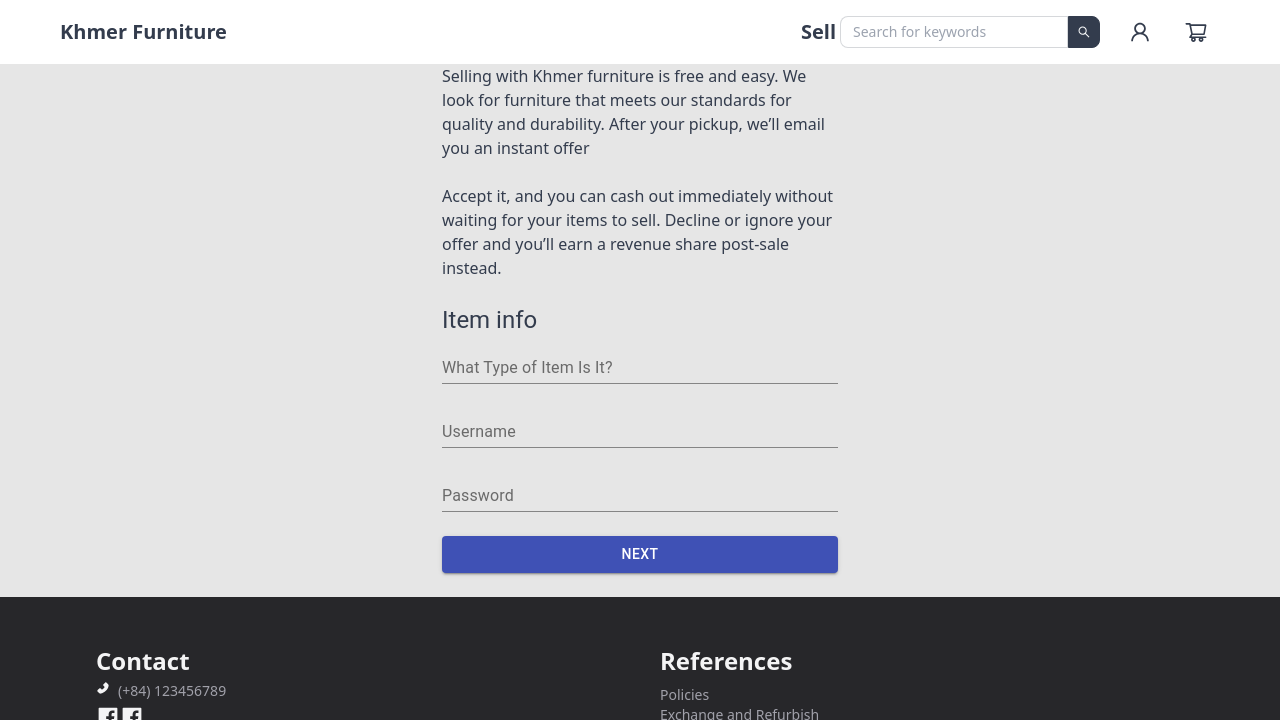
Repository: PlayerNguyen/dotot-shop
Page: /sell (app in client/)
An editor plug-in stored every save of this project. The page is shown before and after the next save, followed by the edit.
The browser window is 1280 px wide. The pictures show the whole page.
An inner scrolling area shows only its first screen. The project was rebuilt for these pictures with package versions that can differ from the ones it lists, and the page was loaded fresh each time. Also part of the build but not shown: client/src/components/NoMatch/NoMatch.jsx, client/src/components/Sell/UserDetails.js, client/src/components/Sell/Confirmation.js, client/src/components/Sell/Success.js.

Above is the page before, as saved 2022-12-06 11:35:53.

### client/src/index.html
<!DOCTYPE html>
<html lang="en" data-theme="emerald">
  <head>
    <meta charset="UTF-8" />
    <meta http-equiv="X-UA-Compatible" content="IE=edge" />
    <meta name="viewport" content="width=device-width, initial-scale=1.0" />
    <title>dotot.com - Nơi mua bán đồ cũ</title>
    <link rel="stylesheet" href="./index.css" />
  </head>
  <body>
    <div id="app"></div>

    <script src="./index.js" type="module"></script>
  </body>
</html>

### client/src/index.js
import React, { Suspense } from "react";
import client from "react-dom/client";
import { BrowserRouter } from "react-router-dom";
import App from "./App";
import "./index.css";
const appElement = document.getElementById("app");
let root = client.createRoot(appElement);
import { Provider } from "react-redux";
import { store } from "./stores/globalStore";

root.render(
  <React.StrictMode>
    <BrowserRouter>
      <Provider store={store}>
        <App />
      </Provider>
    </BrowserRouter>
  </React.StrictMode>
);

### client/src/App.jsx
import React, { Suspense } from "react";
import { ToastContainer } from "react-toastify";
import { Link, Route, Routes } from "react-router-dom";
const Home = React.lazy(() => import("./components/Home/Home"));
const Credentials = React.lazy(() =>
  import("./components/Credentials/Credentials")
);
import "react-toastify/dist/ReactToastify.css";
const SignUp = React.lazy(() => import("./components/Credentials/SignUp"));
const SignIn = React.lazy(() => import("./components/Credentials/SignIn"));
import Navbar from "./components/Navbar/Navbar";
const SignOut = React.lazy(() => import("./components/Credentials/SignOut"));
const CredentialSelection = React.lazy(() =>
  import("./components/Credentials/CredentialSelection")
);

import NoMatch from "./components/NoMatch/NoMatch";
import Footer from "./components/Footer/Footer";

const Product = React.lazy(() => import("./components/Product/Product"));
const ProductView = React.lazy(() =>
  import("./components/Product/ProductView")
);
const Profile = React.lazy(() => import("./components/Profile/Profile"));
const ProfileGeneral = React.lazy(() =>
  import("./components/Profile/ProfileGeneral")
);
const RequestSignedIn = React.lazy(() =>
  import("./components/RequestSignedIn/RequestSignedIn")
);

import { AiFillHome, AiOutlineUser } from "react-icons/ai";
const Checkout = React.lazy(() => import("./components/Checkout/Checkout"));

import Sell from "./components/Sell/Sell";

export default function App() {
  return (
    <div className="drawer bg-base-200">
      <input id="app-drawer" type="checkbox" className="drawer-toggle" />

      <div className="drawer-content flex flex-col">
        {/* Navbar */}
        <Suspense>
          <Navbar />
        </Suspense>

        {/* Render home */}
        <Routes>
          <Route path="/">
            <Route
              index
              element={
                <Suspense>
                  <Home />
                </Suspense>
              }
            />
            <Route
              path="/users"
              element={
                <Suspense>
                  <Credentials />
                </Suspense>
              }
            >
              {/* TODO: check whether user is logged in or not, to put current */}
              <Route
                index
                element={
                  <Suspense>
                    <CredentialSelection />
                  </Suspense>
                }
              />
              <Route
                path="/users/sign-up"
                element={
                  <Suspense>
                    <SignUp />
                  </Suspense>
                }
              />
              <Route
                path="/users/sign-in"
                element={
                  <Suspense>
                    <SignIn />
                  </Suspense>
                }
              />
              <Route path="/users/sign-out" element={<SignOut />} />
            </Route>
            <Route
              path="/products"
              element={
                <Suspense>
                  <Product />
                </Suspense>
              }
            >
              <Route
                path=":productId"
                element={
                  <Suspense>
                    <ProductView />
                  </Suspense>
                }
              />
            </Route>
            <Route
              element={
                <Suspense>
                  <RequestSignedIn />
                </Suspense>
              }
            >
              <Route
                path="/profile"
                element={
                  <Suspense>
                    <Profile />
                  </Suspense>
                }
              >
                <Route
                  path="/profile/general"
                  element={
                    <Suspense>
                      <ProfileGeneral />
                    </Suspense>
                  }
                />
              </Route>
            </Route>
            <Route
              path="/checkout"
              element={
                <Suspense>
                  <Checkout />
                </Suspense>
              }
            ></Route>
            <Route path="/sell" element={<Sell />} />
            <Route path="*" element={<NoMatch />} />
          </Route>
        </Routes>

        {/* Footer */}
        <Footer />
      </div>
      {/* Drawer side */}
      <div className="drawer-side">
        <label htmlFor="app-drawer" className="drawer-overlay"></label>
        <ul className="menu p-4 overflow-y-auto w-80 bg-base-100">
          <li>
            <Link to="/" className="">
              <i>
                <AiFillHome />
              </i>
              <span>Home</span>
            </Link>
          </li>

          <li>
            <Link to="/profile">
              <i>
                <AiOutlineUser />
              </i>
              <span>Users</span>
            </Link>
          </li>
        </ul>
      </div>

      <ToastContainer />
    </div>
  );
}

### client/src/stores/globalStore.ts
import { configureStore } from "@reduxjs/toolkit";
import cartSliceReducer from "../slices/CartSlice";
export const store = configureStore({
  reducer: {
    cart: cartSliceReducer,
  },
});

// Infer the `RootState` and `AppDispatch` types from the store itself
export type RootState = ReturnType<typeof store.getState>;
// Inferred type: {posts: PostsState, comments: CommentsState, users: UsersState}
export type AppDispatch = typeof store.dispatch;

### client/src/components/Navbar/Navbar.jsx
import { useState } from "react";
import {
  AiFillSetting,
  AiOutlineSearch,
  AiOutlineShoppingCart,
  AiOutlineUser,
} from "react-icons/ai";
import { ImExit } from "react-icons/im";
import { FiMenu } from "react-icons/fi";
import { Link } from "react-router-dom";

export default function Navbar() {
  const [cartSize, setCartSize] = useState(0);
  const [signedIn, setSignedIn] = useState(false);

  useState(() => {
    setSignedIn(localStorage.getItem("token") !== null);
  }, [localStorage]);

  return (
    <div className="navbar bg-base-100 lg:px-12">
      {/* Navbar start section */}
      <div className="flex flex-row lg:hidden">
        <label htmlFor="app-drawer" className="drawer-button btn btn-ghost">
          <FiMenu className="text-xl" />
        </label>
      </div>

      <div className="flex-1 px-3">
        <Link to="/">
          <h1 className="text-xl font-bold">Khmer Furniture</h1>
        </Link>
      </div>

      {/* Wide screen  */}
      <div className="hidden lg:flex flex-row gap-1 text-2xl">
      <Link to="/sell">
          <h1 className="text-xl font-bold">Sell </h1>
          <span></span>
        </Link>
        {/* Search group */}
        <div>
          <div className=" input-group">
            <input
              className="input input-bordered input-sm"
              placeholder="Search for keywords"
            />
            <button className="btn btn-square btn-sm">
              <AiOutlineSearch />
            </button>
          </div>
        </div>
        {/* Link group */}
        <div className="menu menu-horizontal p-2 rounded-box text-md">
          {!signedIn ? (
            <li>
              <Link to={"/users/"}>
                <AiOutlineUser />
              </Link>
            </li>
          ) : (
            <li>
              <div className="dropdown dropdown-end dropdown-hover block">
                <label tabIndex={0}>
                  <AiOutlineUser />
                </label>
                <ul
                  tabIndex={0}
                  className="menu dropdown-content p-2 shadow bg-base-100 rounded-box w-52 mt-4 text-sm"
                >
                  <li className="block">
                    <Link to="/profile">
                      <AiFillSetting />
                      Profile
                    </Link>
                  </li>
                  <li className="block">
                    <Link to={`/users/sign-out`}>
                      <ImExit />
                      Sign out
                    </Link>
                  </li>
                </ul>
              </div>
            </li>
          )}

          <li>
            <Link to={"/checkout"} className="relative">
              <AiOutlineShoppingCart />
              {cartSize && cartSize > 0 ? (
                <span className="text-sm ">{cartSize}</span>
              ) : null}
            </Link>
          </li>
        </div>
      </div>

      {/* For small screen */}
      <div className="lg:hidden">
        <div className="menu menu-horizontal p-2 rounded-box text-xl">
          {/* Shopping cart */}
          <li>
            <a className="relative">
              <span>
                <AiOutlineShoppingCart />
              </span>
              {cartSize && cartSize > 0 ? (
                <span className="absolute text-sm left-2 top-2 bg-red-400 px-2 rounded-full text-white">
                  {cartSize}
                </span>
              ) : null}
            </a>
          </li>
          {/* Search */}
          <li>
            <a className="relative">
              <AiOutlineSearch />
            </a>
          </li>
        </div>
      </div>
    </div>
  );
}

### client/src/components/Footer/Footer.jsx
import React from "react";
import { AiFillFacebook, AiFillPhone } from "react-icons/ai";

export default function Footer() {
  return (
    <div className="footer-wrapper bg-zinc-800 text-zinc-100 md:px-12">
      <footer className="footer p-12 min-h-[20vh] flex flex-col gap-4 sm:flex-row  sm:gap-10">
        <div className="flex flex-col gap-1 flex-1">
          {/* <div className="font-bold text-2xl">General</div> */}
          <div className={`font-bold text-2xl`}>Contact</div>

          <div>
            <div className="flex flex-row gap-2">
              <span>
                <AiFillPhone />
              </span>
              <span className="text-zinc-400">(+84) 123456789</span>
            </div>
            {/* Social medias */}
            <div className="flex flex-row text-2xl my-1">
              <div>
                <AiFillFacebook />
              </div>
              <div>
                <AiFillFacebook />
              </div>
            </div>
          </div>
        </div>

        <div className="flex-1">
          <div className="text-2xl font-bold">References</div>
          <div className="text-zinc-400">
            <div>Policies</div>
            <div>Exchange and Refurbish</div>
            <div>Warranty</div>
          </div>
        </div>
      </footer>
    </div>
  );
}

### client/src/components/Sell/Sell.jsx
import React, { Component } from 'react'
import ProductDetails from './ProductDetails';
import UserDetails from './UserDetails';
import Confirmation from './Confirmation';
import Success from './Success';

export default class Sell extends Component{

  state = {
    step: 1,
    category: '',
    username: '',
    password: '',
    firstName: '',
    lastName: '',
    country: '',
    levelOfEducation: '',
  }

  // go back to previous step
  prevStep = () => {
    const { step } = this.state;
    this.setState({ step: step - 1 });
  }

  // proceed to the next step
  nextStep = () => {
    const { step } = this.state;
    this.setState({ step: step + 1 });
  }

  // Handle fields change
  handleChange = input => e => {
    this.setState({ [input]: e.target.value });
  }

  render() {
    const { step } = this.state;
    const { category, username, password, firstName, lastName, country, levelOfEducation } = this.state;
    const values = { category, username, password, firstName, lastName, country, levelOfEducation }

    switch(step) {
      case 1:
        return (
          <ProductDetails
            nextStep={ this.nextStep }
            handleChange={ this.handleChange }
            values={ values }
          />
        )
      case 2:
        return (
          <UserDetails
            prevStep={ this.prevStep }
            nextStep={ this.nextStep }
            handleChange={ this.handleChange }
            values={ values }
          />
        )
      case 3:
          return (
            <Confirmation
              prevStep={ this.prevStep }
              nextStep={ this.nextStep }
              values={ values }
            />
          )
        case 4:
          return (
            <Success />
          )
      default:
          // do nothing
    }
  }

}

### client/src/slices/CartSlice.ts
import { createSlice } from "@reduxjs/toolkit";
import type { PayloadAction } from "@reduxjs/toolkit";

const cart = localStorage.getItem(
  process.env.CART_ITEM_KEY_NAME ? process.env.CART_ITEM_KEY_NAME : "cartItems"
);
const initialState = {
  items: cart ? JSON.parse(cart) : new Set(),
};

const CartSlice = createSlice({
  name: "Cart",
  initialState,
  reducers: {
    addCartItem: (state, action: PayloadAction<string>) => {
      if (!state.items.includes(action.payload)) {
        state.items = [...state.items, action.payload];
      }
    },
    removeCartItem: (state, action: PayloadAction<string>) => {
      state.items = [...state.items].filter((ele) => ele !== action.payload);
    },
    clearCartItem: (state) => {
      state.items = [];
    },
  },
});

export const { addCartItem, removeCartItem, clearCartItem } = CartSlice.actions;

export default CartSlice.reducer;

### client/src/components/Sell/ProductDetails.js
import React from 'react'
// import { makeStyles } from '@material-ui/core/styles';
import { Container, Typography, Grid, TextField, Button } from '@material-ui/core'


const ProductDetails = ({ nextStep, handleChange, values }) => {

    // for continue event listener
    const Continue = e => {
      e.preventDefault();
      nextStep();
    }

    return (
      <Container  component="main" maxWidth="xs">
        <div>
        <div> Selling with Khmer furniture is free and easy. We look for furniture that meets our standards for quality and durability.
          After your pickup, we’ll email you an instant offer </div>
          <br/>
          <div> Accept it, and you can cash out immediately without waiting for your items to sell.
           Decline or ignore your offer and you’ll earn a revenue share post-sale instead.</div>
           <br/>
          <Typography  component="h1" variant="h5" className='content-center bold'>
           Item info
          </Typography>
          <form>
            <Grid container spacing={2}>
                {/* Category */}
                <Grid item xs={12}>
                  <TextField
                    placeholder="Category type"
                    label="What Type of Item Is It?"
                    onChange={handleChange('category')}
                    defaultValue={values.category}
                    // variant="outlined"
                    autoComplete="chair"
                    fullWidth
                  />
                </Grid>
                <br />
                {/* username */}
                <Grid item xs={12}>
                  <TextField
                    placeholder="Username"
                    label="Username"
                    onChange={handleChange('username')}
                    defaultValue={values.username}
                    // variant="outlined"
                    autoComplete="username"
                    fullWidth
                  />
                </Grid>
                <br />
                {/* password */}
                <Grid item xs={12}>
                  <TextField
                    placeholder="Password"
                    label="Password"
                    onChange={handleChange('password')}
                    defaultValue={values.password}
                    // variant="outlined"
                    autoComplete="password"
                    fullWidth
                    type="password"
                  />
                </Grid>
            </Grid>
            <br />
            <Button
              onClick={ Continue }
              type="submit"
              fullWidth
              variant="contained"
              color="primary"
            >
              Next
            </Button>
          </form>
        </div>
        <br/>
      </Container>
    )
  }

  export default ProductDetails

### client/tailwind.config.js
/** @type {import('tailwindcss').Config} */
module.exports = {
  content: ["./src/**/*.{html,js,ts,jsx,tsx}"],
  theme: {
    extend: {},
  },
  plugins: [require("daisyui")],
  // daisyUI config (optional)
  daisyui: {
    styled: true,
    themes: true,
    base: true,
    utils: true,
    logs: true,
    rtl: false,
    prefix: "",
    darkTheme: "dark",
  },
};

Loaded but not shown: client/src/index.css (common file)

After the next save:
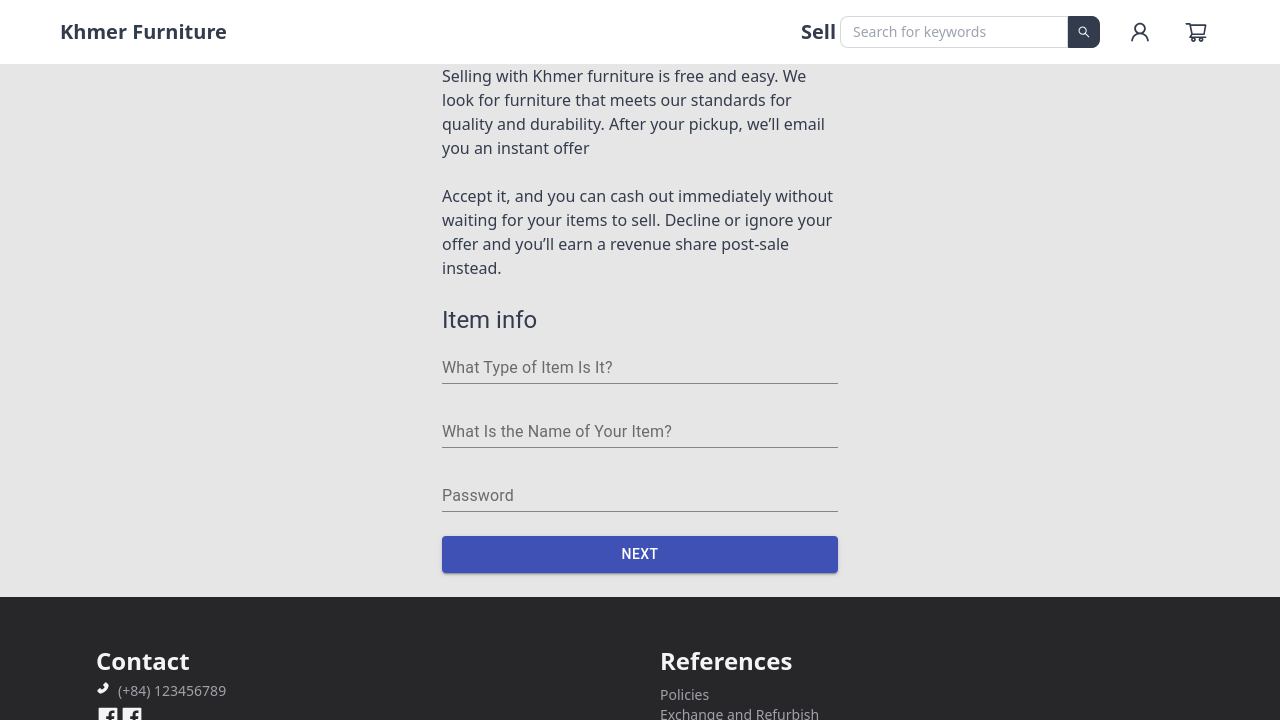
Saved 52 s later.
--- a/client/src/components/Sell/ProductDetails.js
+++ b/client/src/components/Sell/ProductDetails.js
@@ -38,11 +38,11 @@ const ProductDetails = ({ nextStep, handleChange, values }) => {
                   />
                 </Grid>
                 <br />
-                {/* username */}
+                {/* Product Name */}
                 <Grid item xs={12}>
                   <TextField
-                    placeholder="Username"
-                    label="Username"
+                    placeholder="Product Name "
+                    label="What Is the Name of Your Item?"
                     onChange={handleChange('username')}
                     defaultValue={values.username}
                     // variant="outlined"
